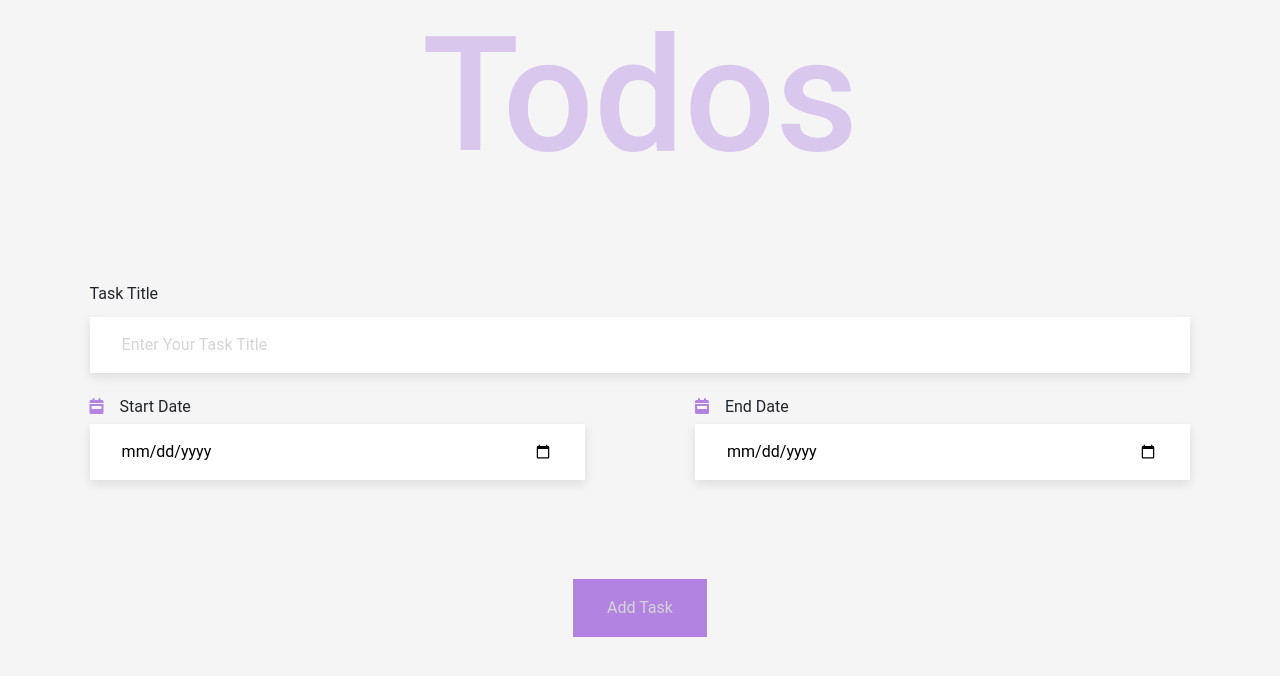
Repository: Surahailat/TypeScript
Page: Mini project 10-3/Project-TS.html
An editor plug-in stored every save of this project. The page is shown before and after the next save, followed by the edit.
The browser window is 1280 px wide. The pictures show the whole page.

Above is the page before, as saved 2025-03-10 14:11:13.

After the next save:
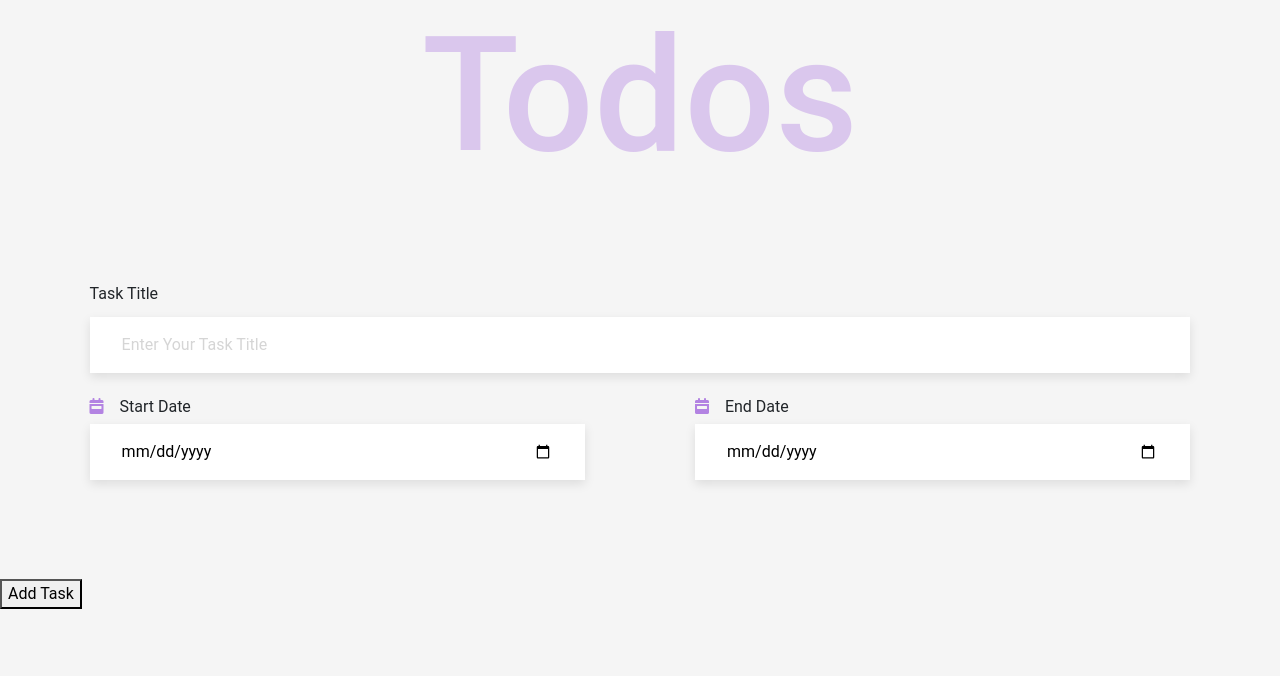
Saved 103 min 39 s later.
--- a/Mini project 10-3/Project-TS.html
+++ b/Mini project 10-3/Project-TS.html
@@ -61,7 +61,7 @@
             width: 45%;
         }
 
-        .AddTask {
+        /* .AddTask {
             background-color: #b383e2;
             color: #d5d5d5;
             text-align: center;
@@ -71,7 +71,7 @@
 
         .butt {
             text-align: center;
-        }
+        } */
     </style>
 </head>
 
